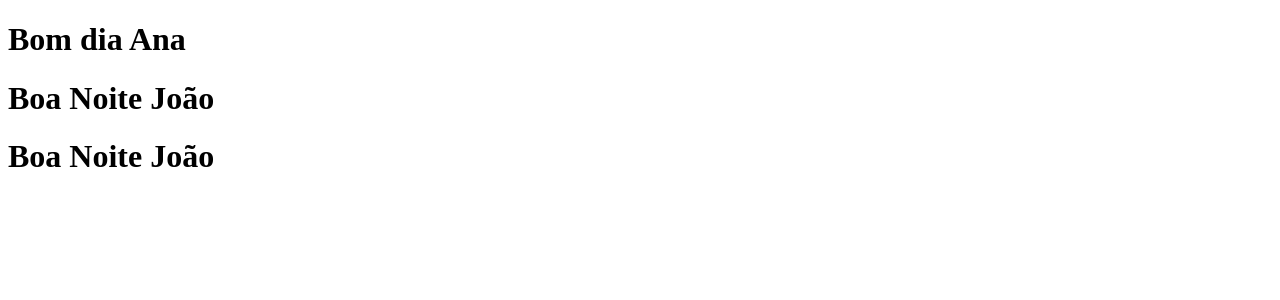
Repository: evertonagilar/Curso-Web-Moderno-Completo
Page: / (app in cap22-React/exercicios/)
These files come from the project's save history. The page is drawn as it stood at one moment and after a run of saves; the edit follows.
The browser window is 1280 px wide. The pictures show the whole page.
The project was rebuilt for these pictures with package versions that can differ from the ones it lists, and the page was loaded fresh each time. Also part of the build but not shown: cap22-React/exercicios/src/components/BomDia.jsx.

Above is the page before, as saved 2023-09-18 20:08:01.

After the next 2 saves:
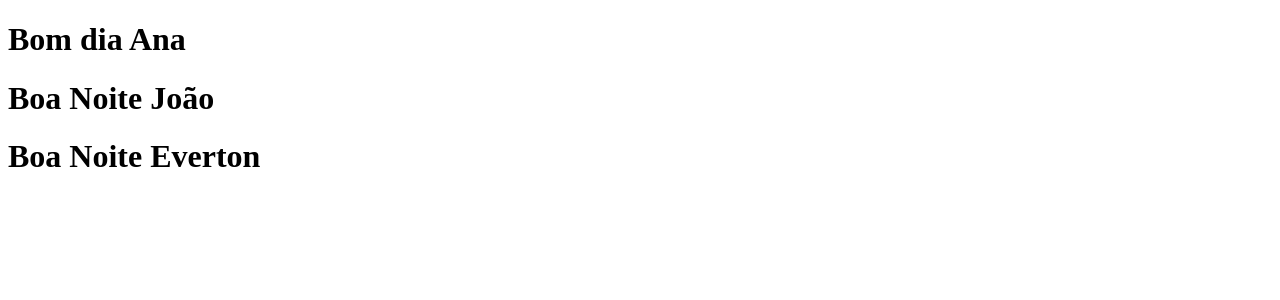
The 2 saves are shown as one change because they came seconds apart.
The last was saved 5 s later.
--- a/cap22-React/exercicios/src/index.js
+++ b/cap22-React/exercicios/src/index.js
@@ -9,5 +9,5 @@ ReactDOM.render(
     <div>
         <BoaTarde nome="Ana" />
         <BoaNoite nome="João" />
-        <Multi.BoaNoite nome="João" />
+        <Multi.BoaNoite nome="Everton" />
     </div>, document.getElementById('root'))
